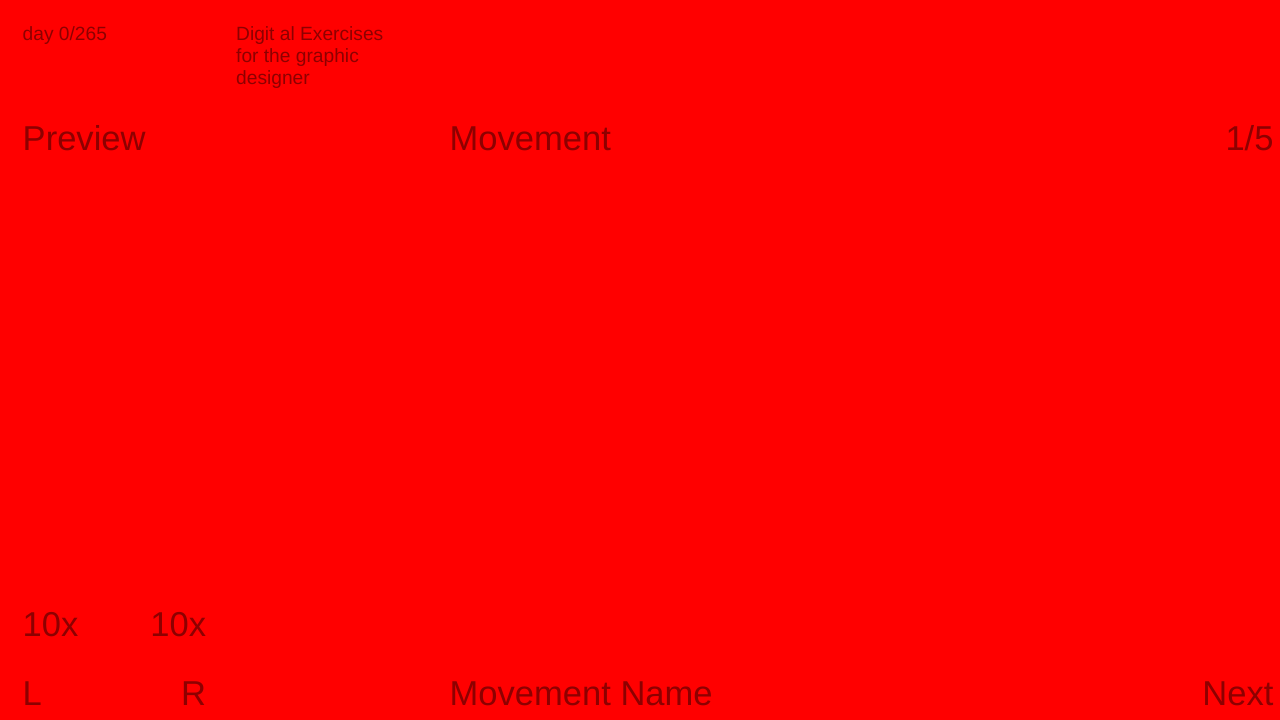
Repository: NoIdeasStudio/holiday-card-2024
Page: digit-al-exercises.html
An editor plug-in stored every save of this project. The page is shown before and after the next save, followed by the edit.
The browser window is 1280 px wide. The pictures show the whole page.

Above is the page before, as saved 2024-12-04 12:51:37.

After the next save:
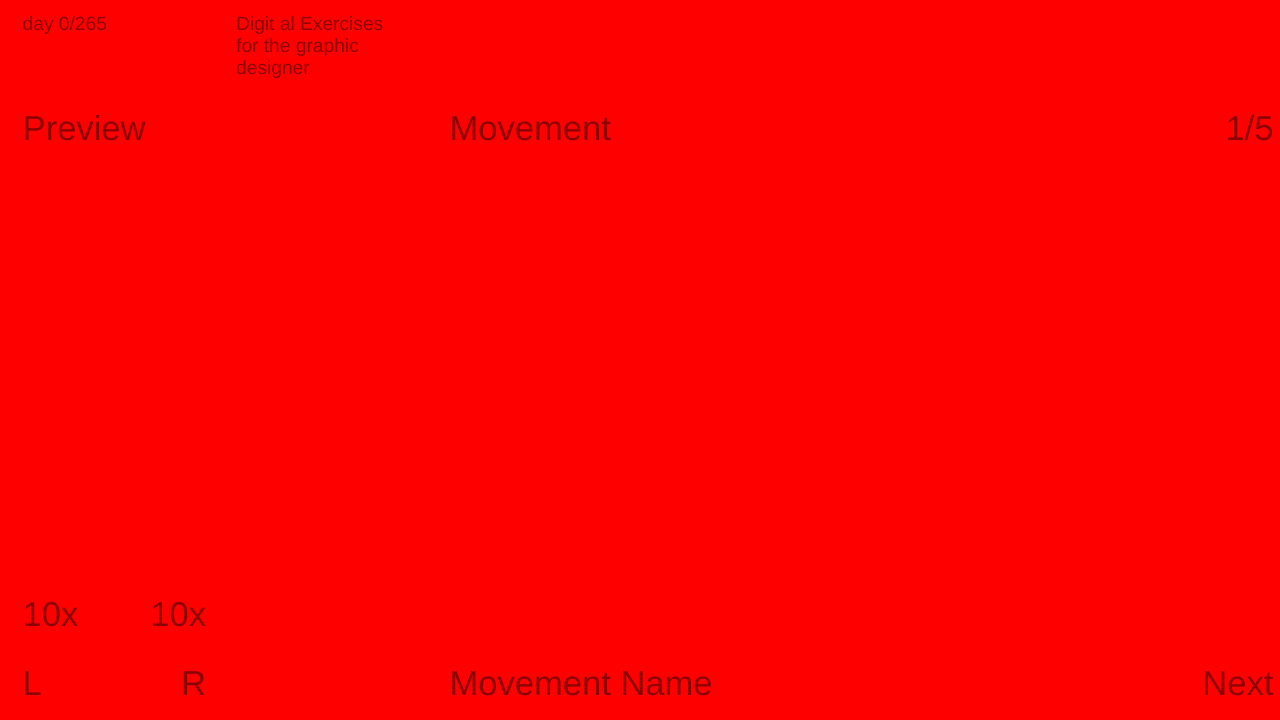
Saved 12 s later.
--- a/style.css
+++ b/style.css
@@ -14,7 +14,9 @@
     grid-template-columns: repeat(6, [col-start] 4fr);
     grid-template-rows: repeat(12, [row-start] 4fr);
     gap: 20px;
-    padding: .5em;
+    padding-left: .5em;
+    padding-right: .5em;
+    padding-bottom: 20px;
   }
 
   .wrapper > * {
